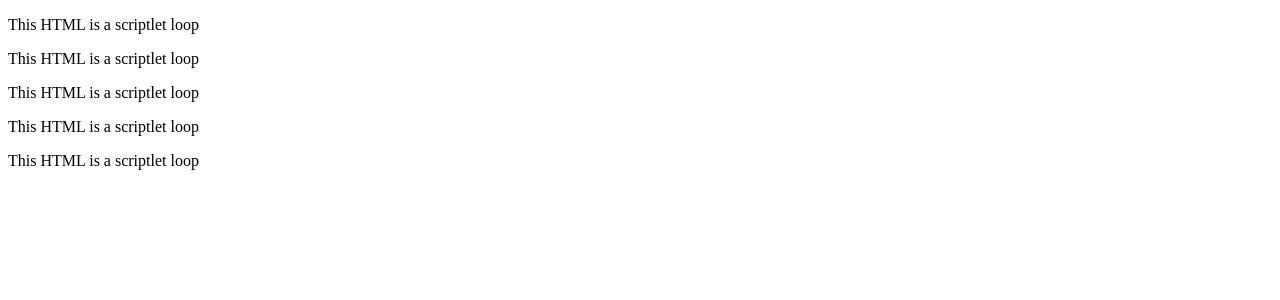
Repository: kanastasov/Java-Web-App
Page: http://localhost/2.1-Scriptlets/manipulations.jsp
The author's editor kept a copy of each file at every save. The page is drawn from the files as they stood at one save, then again after the next save.
The browser window is 1280 px wide. The pictures show the whole page.
The page is served by Tomcat 9. Other server files are loaded and not shown.

Above is the page before, as saved 2015-01-03 08:35:05.

### 2.1-Scriptlets/WebContent/manipulations.jsp
<%@ page language="java" contentType="text/html; charset=ISO-8859-1"
    pageEncoding="ISO-8859-1"%>
<!DOCTYPE html PUBLIC "-//W3C//DTD HTML 4.01 Transitional//EN" "http://www.w3.org/TR/html4/loose.dtd">
<html>
<head>
<meta http-equiv="Content-Type" content="text/html; charset=ISO-8859-1">
<title>Insert title here</title>
</head>
<body>


<% for(int i=0; i< 5; i++) { %>

<p> This HTML is a scriptlet loop </p>

<% } %>

</body>
</html>

After the next save:
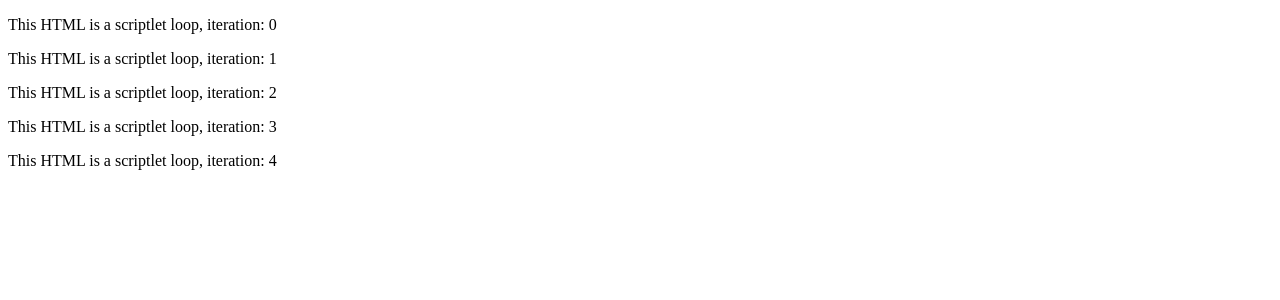
Saved 45 s later.
--- a/2.1-Scriptlets/WebContent/manipulations.jsp
+++ b/2.1-Scriptlets/WebContent/manipulations.jsp
@@ -11,7 +11,7 @@
 
 <% for(int i=0; i< 5; i++) { %>
 
-<p> This HTML is a scriptlet loop </p>
+<p> This HTML is a scriptlet loop, iteration:   <%= i %></p>
 
 <% } %>
 
